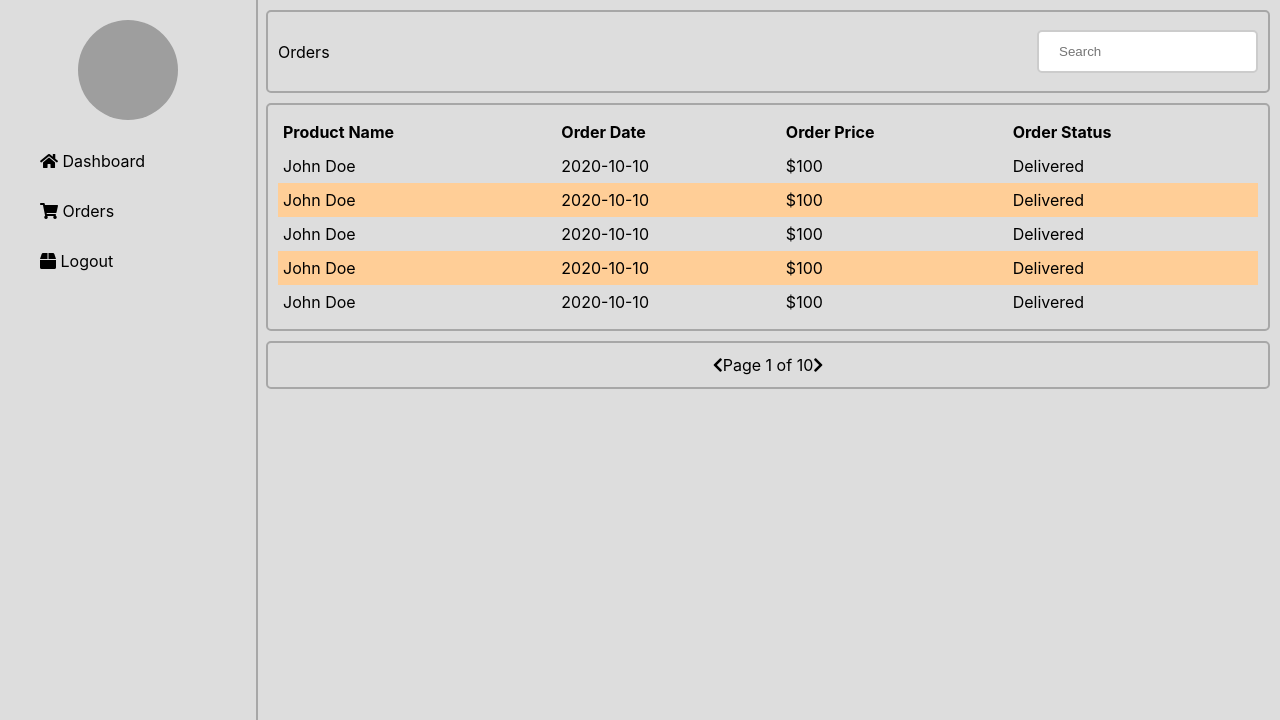
Repository: cjaymoni/FE_Submission02
Page: http://localhost/orders
The author's editor kept a copy of each file at every save. The page is drawn from the files as they stood at one save, then again after the next save.
The browser window is 1280 px wide. The pictures show the whole page.
Pictures or frames that could not be fetched are drawn as grey boxes. Some web libraries are served in a nearby version. The page is run by PHP 8.4 with error messages shown; the project is at /var/www/html/.

Above is the page before, as saved 2022-09-29 15:33:33.

### index.php
<!doctype html>
<html lang="en">
<head>
    <?php include './layout/header.html' ?>
</head>
<body>
<?php
require_once './layout/sidebar.html';

$request = $_SERVER['REQUEST_URI'];

switch ($request) {
        case '/' :
        case '' :
        case '/home' :
            case '/login':
                case '/login/':
        require __DIR__.'/views/login-page/login.html';
        break;


        case '/orders':
        case '/orders/':
        require __DIR__.'/views/orders/orders.html';
        break;

        case '/dashboard':
        case '/dashboard/':
        require __DIR__.'/views/dashboard/dashboard.html';
        break;





        default:
        require __DIR__.'/views/login-page/login.html';
        break;
}
?>

 <?php require_once './layout/footer.html' ?>
</body>
</html>

### layout/header.html
<meta charset="utf-8" />
<meta name="viewport" content="width=device-width, initial-scale=1.0" />

<!-- FavIcon -->
<link rel="icon" type="image/svg+xml" href="assets/Freddys_Logo.svg" />

<!-- CSS -->
<link rel="stylesheet" href="css/styles.css" />

<!-- Font Awesome -->
<link
  rel="stylesheet"
  href="https://use.fontawesome.com/releases/v5.8.1/css/all.css"
/>

<!-- Title -->
<title>Freddy's Shop</title>

### layout/sidebar.html
<aside>
  <div class="sidebar" id="sidebar">
    <div class="profile">
      <img src="assets/Freddys_Logo.svg" alt="Freddys_Logo" />
    </div>
    <ul>
      <li>
        <a href="/dashboard">
          <i class="fas fa-home"></i>
          <span>Dashboard</span>
        </a>
      </li>
      <li>
        <a href="/orders">
          <i class="fas fa-shopping-cart"></i>
          <span>Orders</span>
        </a>
      </li>
      <li>
        <a href="products.html">
          <i class="fas fa-box"></i>
          <span>Logout</span>
        </a>
      </li>
    </ul>
  </div>
</aside>
<script src="js/sidebar-toggle.js"></script>

### views/orders/orders.html
<div class="content">
  <div class="order-header">
    <div class="order-header-text">
      <span>Orders</span>
    </div>
    <div class="order-header-search">
      <input type="text" placeholder="Search" />
    </div>
  </div>

  <div class="order-table-div">
    <table>
      <thead>
        <tr>
          <th>Product Name</th>
          <th>Order Date</th>
          <th>Order Price</th>
          <th>Order Status</th>
        </tr>
      </thead>
      <tbody>
        <tr>
          <td>John Doe</td>
          <td>2020-10-10</td>
          <td>$100</td>
          <td>Delivered</td>
        </tr>
        <tr>
          <td>John Doe</td>
          <td>2020-10-10</td>
          <td>$100</td>
          <td>Delivered</td>
        </tr>
        <tr>
          <td>John Doe</td>
          <td>2020-10-10</td>
          <td>$100</td>
          <td>Delivered</td>
        </tr>
        <tr>
          <td>John Doe</td>
          <td>2020-10-10</td>
          <td>$100</td>
          <td>Delivered</td>
        </tr>

        <tr>
          <td>John Doe</td>
          <td>2020-10-10</td>
          <td>$100</td>
          <td>Delivered</td>
        </tr>
      </tbody>
    </table>
  </div>

  <div class="order-table-paginator">
    <i class="fas fa-chevron-left"></i>
    Page 1 of 10

    <i class="fas fa-chevron-right"></i>
  </div>
</div>

### layout/footer.html
<script
  src="https://code.jquery.com/jquery-3.6.1.min.js"
  integrity="sha256-o88AwQnZB+VDvE9tvIXrMQaPlFFSUTR+nldQm1LuPXQ="
  crossorigin="anonymous"
></script>

### css/styles.css
:root {
    --color-primary: #f00;
    --color-secondary: #0f0;
    --color-tertiary: rgb(0, 110, 255);
    background-color: #dddddd;
    font-family: Inter, Avenir, Helvetica, Arial, sans-serif;
    font-size: 16px;
    line-height: 24px;
    min-width: 100vw;
    min-height: 100vh;
    scroll-behavior: smooth;
}


body {
    overflow-x: hidden;
    height: 100vh;
    width: 100vw;
    margin: 0;
}

.login-div {
    display: flex;
    flex-direction: column;
    justify-content: center;
    align-items: center;
    border: 5px solid rgb(65, 61, 61);
    margin: auto;
    margin-top: 15%;
    width: 50%;
    padding: 5px;


}

.login-head {
    display: flex;
    justify-content: space-between;
    flex-wrap: wrap;
}

.login-img {
    width: 100px;
    height: 100px;
    border-radius: 50%;
    margin: 10px;
}

.login-head-text {
    display: flex;
    justify-content: center;
    align-items: center;
    margin: 10px;
    flex-wrap: wrap;
}

.login-head-img {
    display: flex;
    justify-content: center;
    align-items: center;
    margin: 10px;
}

.login-form {
    display: flex;
    flex-direction: column;
    justify-content: center;
    align-items: center;
    margin: 10px;
    width: 100%;
}



.input-div {
    display: flex;
    flex-direction: column;
    justify-content: center;
    align-items: center;
    margin: 10px;
    width: 100%;
}

input[type=text],
input[type=password] {
    width: 100%;
    padding: 12px 20px;
    margin: 8px 0;
    display: inline-block;
    border: 2px solid #ccc;
    box-sizing: border-box;
    border-radius: 5px;
}

.login-btn {
    width: 100%;
    padding: 10px;
    border: 2px solid #ccc;
    border-radius: 5px;
}


.sidebar {
    background-color: #dddddd;
    position: fixed;
    top: 0;
    left: 0;
    width: 20%;
    height: 100%;
    padding: 20px 0;
    transition: all 0.5s ease;
    border-right: 2px solid rgb(167, 167, 167);

}

.content {
    width: 80%;
    height: 100%;
    float: right;

}


.sidebar .profile img {
    display: block;
    width: 100px;
    height: 100px;
    border-radius: 50%;
    margin: 0 auto;
}

.sidebar ul li {
    list-style: none;

}

.sidebar ul li a {
    display: block;
    padding: 13px 0px;
    /* border-bottom: 1px solid #10558d; */
    color: black;
    font-size: 16px;
    position: relative;
    text-decoration: none;
}

.sidebar ul li a .icon {
    color: black;
    width: 30px;
    display: inline-block;
}


.order-header {
    display: flex;
    justify-content: space-between;
    align-items: center;
    margin: 10px;
    padding: 10px;
    border: 2px solid rgb(167, 167, 167);
    border-radius: 5px;
}

.order-table-div {
    display: flex;
    justify-content: center;
    align-items: center;
    margin: 10px;
    padding: 10px;
    border: 2px solid rgb(167, 167, 167);
    border-radius: 5px;

}

table {
    border-collapse: collapse;
    width: 100%;

}

td,
th {
    padding: 5px;
    text-align: left;
}

tr:nth-child(even) {
    background-color: #ffce97;
}

.order-table-paginator {
    display: flex;
    justify-content: center;
    align-items: center;
    margin: 10px;
    padding: 10px;
    border: 2px solid rgb(167, 167, 167);
    border-radius: 5px;
}

### js/sidebar-toggle.js
const pgUrl = window.location.href.substr(
  window.location.href.lastIndexOf("/") + 1
);
const sdComponent = document.querySelector(".sidebar");
if (pgUrl === "login") {
  sdComponent.style.display = "none";
}

After the next save:
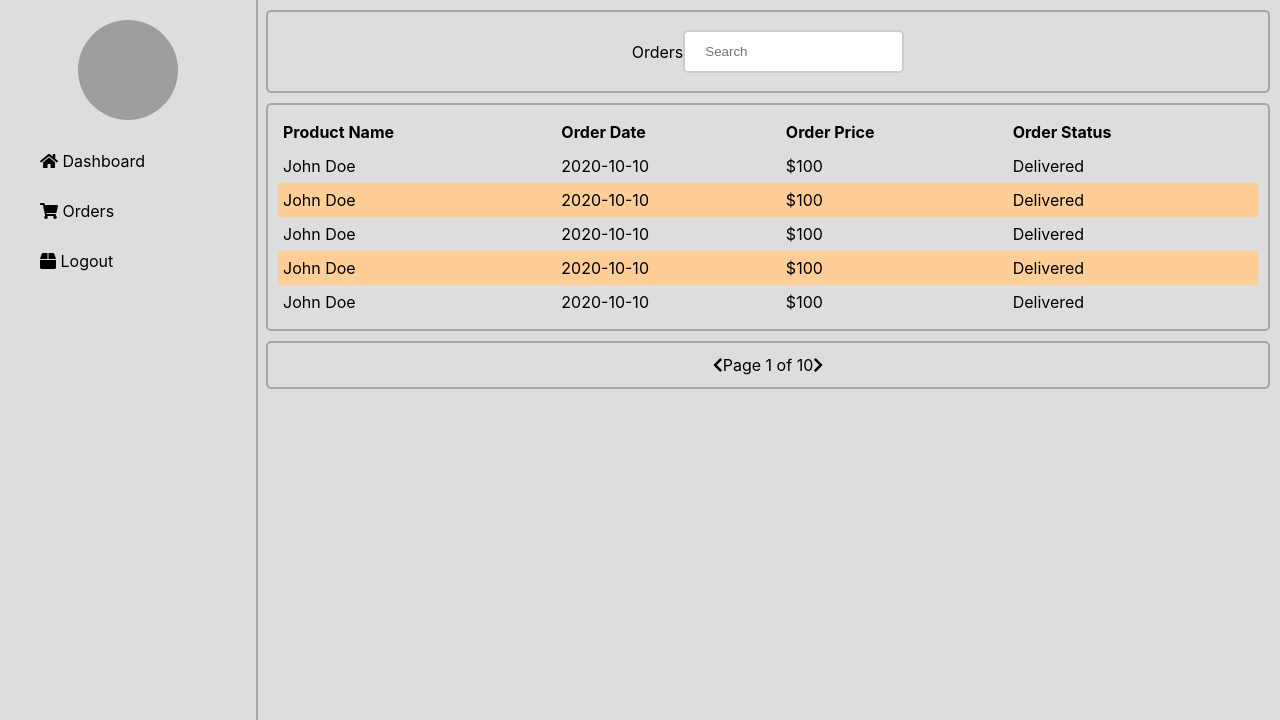
Saved 100 s later.
--- a/views/orders/orders.html
+++ b/views/orders/orders.html
@@ -1,5 +1,5 @@
 <div class="content">
-  <div class="order-header">
+  <div class="container">
     <div class="order-header-text">
       <span>Orders</span>
     </div>
@@ -8,7 +8,7 @@
     </div>
   </div>
 
-  <div class="order-table-div">
+  <div class="container">
     <table>
       <thead>
         <tr>
@@ -54,7 +54,7 @@
     </table>
   </div>
 
-  <div class="order-table-paginator">
+  <div class="container">
     <i class="fas fa-chevron-left"></i>
     Page 1 of 10
 
--- a/css/styles.css
+++ b/css/styles.css
@@ -161,7 +161,7 @@
     border-radius: 5px;
 }
 
-.order-table-div {
+.container {
     display: flex;
     justify-content: center;
     align-items: center;

After the save that followed:
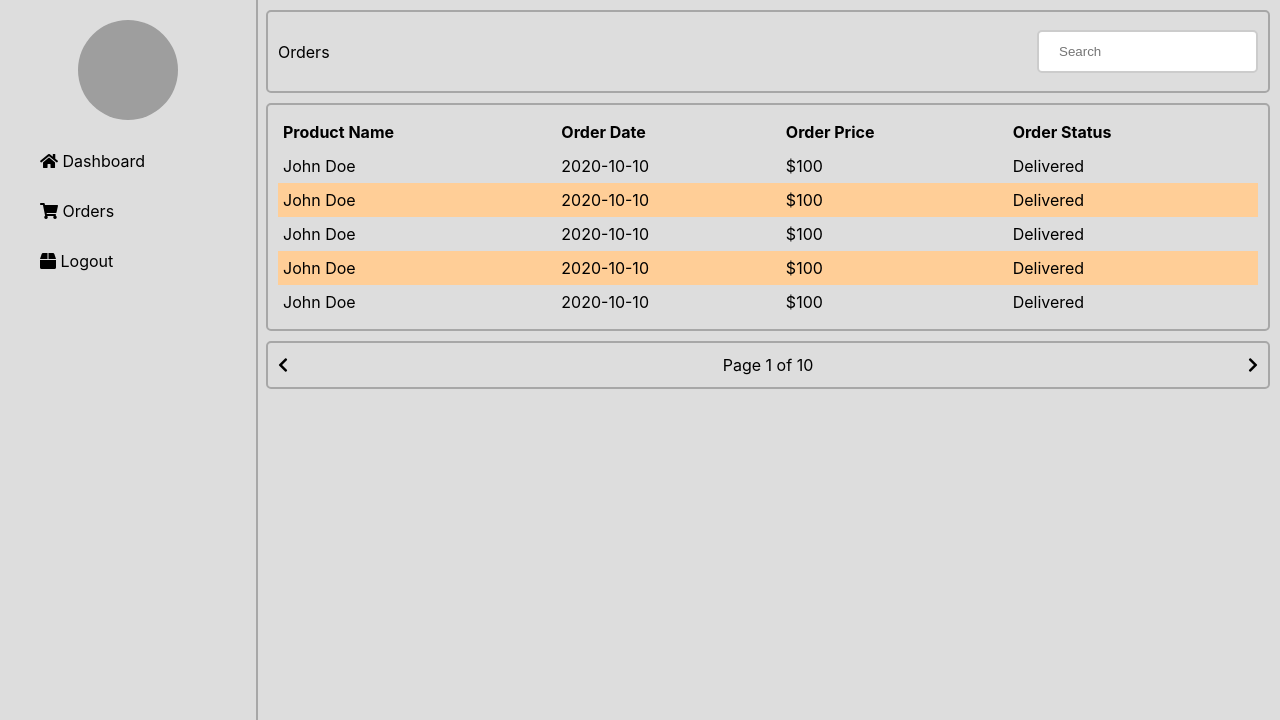
Saved 83 s later.
--- a/css/styles.css
+++ b/css/styles.css
@@ -151,7 +151,7 @@
 }
 
 
-.order-header {
+.container {
     display: flex;
     justify-content: space-between;
     align-items: center;
@@ -161,7 +161,7 @@
     border-radius: 5px;
 }
 
-.container {
+.order-table-div {
     display: flex;
     justify-content: center;
     align-items: center;
